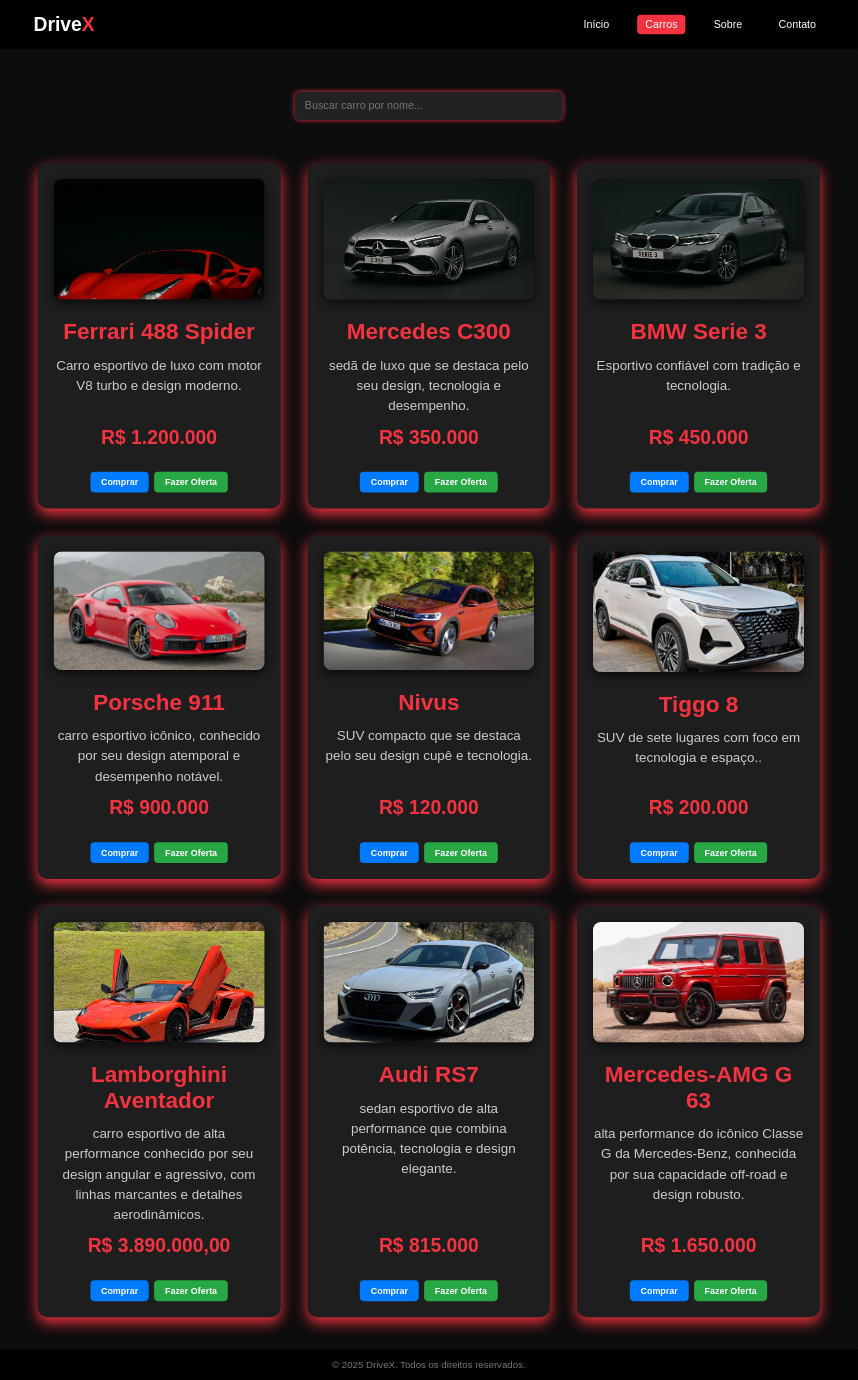
Repository: Mateushlp/DriveX
Page: carros.html
An editor plug-in stored every save of this project. The page is shown before and after a run of saves, followed by the edit.
The browser window is 1280 px wide. The pictures show the whole page, at 67% of full size.

Above is the page before, as saved 2025-06-24 22:26:10.

### carros.html
<!DOCTYPE html>
<html lang="pt-br">
<head>
  <meta charset="UTF-8" />
  <meta name="viewport" content="width=device-width, initial-scale=1.0" />
  <title>DriveX - Carros Disponíveis</title>
  <link rel="stylesheet" href="carros.css" />
</head>
<body>
  <header>
    <div class="logo">
     <a href="./index.html">Drive<span>X</span></div></a>
    <nav>
      <ul>
        <li><a href="index.html">Início</a></li>
        <li><a href="carros.html" class="active">Carros</a></li>
        <li><a href="sobre.html">Sobre</a></li>
        <li><a href="contato.html">Contato</a></li>
      </ul>
    </nav>
  </header>

  <main>
    <section class="filtro" style="text-align:center; margin: 2rem 0;">
      <input type="text" id="filtro-carros" placeholder="Buscar carro por nome..." />
    </section>

    <section class="grid-carro">
      <div class="card-carro">
        <img src="./img/ferrari.png" alt="Ferrari 488 Spider" />
        <h3>Ferrari 488 Spider</h3>
        <p>Carro esportivo de luxo com motor V8 turbo e design moderno.</p>
        <strong>R$ 1.200.000</strong>
        <div class="botoes-card">
  <button class="btn-encomenda" data-modelo="Ferrari 488 Spider">Comprar</button>
  <button class="btn-oferta" data-modelo="Ferrari 488 Spider">Fazer Oferta</button>
</div>
      </div>
      <div class="card-carro">
        <img src="./img/ChatGPT Image 19 de jun. de 2025, 23_14_08.png" alt="Mercedes C300" />
        <h3>Mercedes C300</h3>
        <p>sedã de luxo que se destaca pelo seu design, tecnologia e desempenho.</p>
        <strong>R$ 350.000</strong>
        <div class="botoes-card">
  <button class="btn-encomenda" data-modelo="Mercedes C300">Comprar</button>
  <button class="btn-oferta" data-modelo="Mercedes C300">Fazer Oferta</button>
</div>

      </div>
      <div class="card-carro">
        <img src="./img/serie 3.png" alt="BMW Serie 3" />
        <h3>BMW Serie 3</h3>
        <p>Esportivo confiável com tradição e tecnologia.</p>
        <strong>R$ 450.000</strong>
       <div class="botoes-card">
  <button class="btn-encomenda" data-modelo="BMW Serie 3">Comprar</button>
  <button class="btn-oferta" data-modelo="BMW Serie 3">Fazer Oferta</button>
</div>

      </div>
           <div class="card-carro">
        <img src="./img/Porsche-911.jpg" alt="911" />
        <h3>Porsche 911</h3>
        <p> carro esportivo icônico, conhecido por seu design atemporal e desempenho notável.</p>
        <strong>R$ 900.000</strong>
       <div class="botoes-card">
  <button class="btn-encomenda" data-modelo="911">Comprar</button>
  <button class="btn-oferta" data-modelo="911">Fazer Oferta</button>
</div>

      </div>
              <div class="card-carro">
        <img src="./img/nivus.jpg" alt="nivus" />
        <h3>Nivus</h3>
        <p> SUV compacto que se destaca pelo seu design cupê e tecnologia.</p>
        <strong>R$ 120.000</strong>
       <div class="botoes-card">
  <button class="btn-encomenda" data-modelo="nivus">Comprar</button>
  <button class="btn-oferta" data-modelo="nivus">Fazer Oferta</button>
</div>

      </div>
             <div class="card-carro">
        <img src="./img/tiggo8pro.jpg" alt="tiggo8" />
        <h3>Tiggo 8</h3>
        <p> SUV de sete lugares com foco em tecnologia e espaço..</p>
        <strong>R$ 200.000</strong>
       <div class="botoes-card">
  <button class="btn-encomenda" data-modelo="tiggo8">Comprar</button>
  <button class="btn-oferta" data-modelo="tiggo8">Fazer Oferta</button>
</div>

      </div>
                <div class="card-carro">
        <img src="./img/lamborghini.png" alt="aventador" />
        <h3>Lamborghini Aventador</h3>
        <p>carro esportivo de alta performance conhecido por seu design angular e agressivo, com linhas marcantes e detalhes aerodinâmicos.</p>
        <strong>R$ 3.890.000,00</strong>
       <div class="botoes-card">
  <button class="btn-encomenda" data-modelo="aventador">Comprar</button>
  <button class="btn-oferta" data-modelo="aventador">Fazer Oferta</button>
</div>

      </div>
       <div class="card-carro">
        <img src="./img/audirs7.png" alt="audirs7" />
        <h3>Audi RS7</h3>
        <p> sedan esportivo de alta performance que combina potência, tecnologia e design elegante.</p>
        <strong>R$ 815.000</strong>
        <div class="botoes-card">
  <button class="btn-encomenda" data-modelo="audirs7">Comprar</button>
  <button class="btn-oferta" data-modelo="audirs7">Fazer Oferta</button>
</div>
  </div>
 <div class="card-carro">
  <img src="./img/g63.png" alt="g63" />
  <h3>Mercedes-AMG G 63</h3>
  <p> alta performance do icônico Classe G da Mercedes-Benz, conhecida por sua capacidade off-road e design robusto.</p>
  <strong>R$ 1.650.000</strong>
  <div class="botoes-card">
    <button class="btn-encomenda" data-modelo="g63">Comprar</button>
    <button class="btn-oferta" data-modelo="g63">Fazer Oferta</button>
</div>

      <!-- Adicione mais carros aqui -->
    </section>

    <!-- Modal para detalhes -->
    <div id="modal-detalhes" class="modal">
      <div class="modal-content">
        <span id="fechar-modal" class="fechar"></span>
        <h2 id="titulo-modal"></h2>
        <img id="img-modal" src="" alt="" style="max-width:100%; border-radius: 10px; margin-bottom: 1rem;" />
        <p id="descricao-modal"></p>
        <strong id="preco-modal"></strong>
      </div>
    </div>
  </main>

  <footer>
    <p>&copy; 2025 DriveX. Todos os direitos reservados.</p>
  </footer>

  <script src="carros.js"></script>
</body>
</html>

### carros.css
* {
  margin: 0;
  padding: 0;
  box-sizing: border-box;
}

body {
  font-family: 'Arial', sans-serif;
  background-color: #0d0d0d;
  color: #fff;
  min-height: 100vh;
  flex-direction: column;
}

header {
  display: flex;
  justify-content: space-between;
  align-items: center;
  padding: 20px 50px;
  background-color: #000;
}

a{
  text-decoration: none;
  color: #fff;
}

.logo {
  font-size: 1.8rem;
  font-weight: bold;
}

.logo span {
  color: #f53340;
}

nav ul {
  list-style: none;
  display: flex;
  gap: 30px;
}

nav a {
  color: #fff;
  text-decoration: none;
  font-size: 1rem;
}


.logo {
  font-size: 1.8rem;
  font-weight: bold;
  color: #fff;
}

.logo span {
  color: #f53340;
}

nav ul {
  list-style: none;
  display: flex;
  gap: 30px;
}

nav a {
  color: #fff;
  text-decoration: none;
  font-size: 1rem;
  padding: 6px 12px;
  border-radius: 6px;
  transition: background-color 0.3s ease;
}

nav a:hover,
nav a.active {
  background-color: #f53340;
  color: #fff;
}

main {
  display: grid;
  grid-template-columns: 2fr;
    padding: 2rem;
    gap: 2rem;
  padding: 2rem 1rem 3rem;
  max-width: 1200px;
  margin: 0 auto;
}


.filtro {
  text-align: center;
  margin-bottom: 3rem;
}

.filtro input[type="text"] {
  width: 90%;
  max-width: 400px;
  padding: 12px 15px;
  font-size: 1rem;
  border-radius: 8px;
  border: none;
  outline: none;
  box-shadow: 0 0 8px #f53340;
  background-color: #222;
  color: #fff;
  transition: box-shadow 0.3s ease;
}

.filtro input[type="text"]:focus {
  box-shadow: 0 0 15px #f53340;
}

.grid-carro {
  display: grid;
  grid-template-columns: repeat(auto-fill, minmax(320px, 1fr));
  gap: 2.5rem;
}

.card-carro {
  background: #1e1e1e;
  padding: 1.5rem;
  border-radius: 15px;
  box-shadow: 0 8px 20px #f53340;
  transition: transform 0.3s ease, box-shadow 0.3s ease;
  display: flex;
  flex-direction: column;
  align-items: center;
  height: 100%;
}

.card-carro:hover {
  transform: translateY(-8px);
  box-shadow: 0 12px 35px #f53340;
}

.card-carro img {
  width: 100%;
  max-height: 180px;
  object-fit: cover;
  border-radius: 12px;
  margin-bottom: 1.2rem;
  box-shadow: 0 5px 15px rgba(0,0,0,0.7);
}

.card-carro h3 {
  font-size: 2.1rem;
  color: #f53340;
  margin-top: 0.6rem;
  text-align: center;
}

.card-carro p {
  font-size: 1.25rem;
  line-height: 1.5;
  color: #ccc;
  margin-top: 1rem;
  flex-grow: 1;
  text-align: center;
}

.card-carro strong {
  font-size: 1.8rem;
  color: #f53340;
  margin: 1rem 0 1.2rem 0;
  font-weight: 900;
}


.botoes-card {
  display: flex;
  gap: 0.5rem;
  margin-top: 1rem;
}

.botoes-card button {
  padding: 0.5rem 1rem;
  border: none;
  cursor: pointer;
  border-radius: 6px;
  font-weight: bold;
  transition: background 0.3s;
}

.btn-encomenda {
  background-color: #007bff;
  color: white;
}

.btn-encomenda:hover {
  background-color: #0056b3;
}

.btn-oferta {
  background-color: #28a745;
  color: white;
}

.btn-oferta:hover {
  background-color: #1e7e34;
}


.modal {
  display: none;
  position: fixed;
  z-index: 9999;
  left: 0;
  top: 0;
  width: 100%;
  height: 100%;
  background-color: rgba(18, 18, 18, 0.85);
  justify-content: center;
  align-items: center;
  overflow-y: auto;
  padding: 2rem 1rem;
}

.modal.show {
  display: flex;
}

.modal-content {
  background: #2a2a2a;
  padding: 2.5rem;
  border-radius: 20px;
  max-width: 600px;
  text-align: center;
  box-shadow: 0 10px 40px #f53340;
  color: #fff;
  position: relative;
}

.fechar {
  position: absolute;
  top: 20px;
  right: 25px;
  font-size: 2.6rem;
  cursor: pointer;
  color: #f53340;
  transition: color 0.3s ease;
}

.fechar:hover {
  color: #f53340;
}

/* Footer */
footer {
  background-color: #000;
  text-align: center;
  padding: 15px 0;
  color: #777;
  font-size: 0.9rem;
  margin-top: auto;
}

### carros.js
// Filtro de busca
const inputFiltro = document.getElementById('filtro-carros');
const cards = document.querySelectorAll('.card-carro');

inputFiltro.addEventListener('input', function () {
  const termo = this.value.toLowerCase();

  cards.forEach((card) => {
    const nomeCarro = card.querySelector('h3').textContent.toLowerCase();
    if (nomeCarro.includes(termo)) {
      card.style.display = 'block';
    } else {
      card.style.display = 'none';
    }
  });
});

// Modal de detalhes
const botoesDetalhes = document.querySelectorAll('.btn-detalhes');
const modal = document.getElementById('modal-detalhes');
const tituloModal = document.getElementById('titulo-modal');
const imgModal = document.getElementById('img-modal');
const descricaoModal = document.getElementById('descricao-modal');
const precoModal = document.getElementById('preco-modal');
const fecharModal = document.getElementById('fechar-modal');

botoesDetalhes.forEach((btn) => {
  btn.addEventListener('click', () => {
    const card = btn.closest('.card-carro');
    const nome = card.querySelector('h3').textContent;
    const imagem = card.querySelector('img').src;
    const descricao = card.querySelector('p').textContent;
    const preco = card.querySelector('strong').textContent;

    tituloModal.textContent = nome;
    imgModal.src = imagem;
    imgModal.alt = nome;
    descricaoModal.textContent = descricao;
    precoModal.textContent = preco;

    modal.style.display = 'flex';
  });
});

fecharModal.addEventListener('click', () => {
  modal.style.display = 'none';
});

window.addEventListener('click', (event) => {
  if (event.target === modal) {
    modal.style.display = 'none';
  }
});

After the next 2 saves:
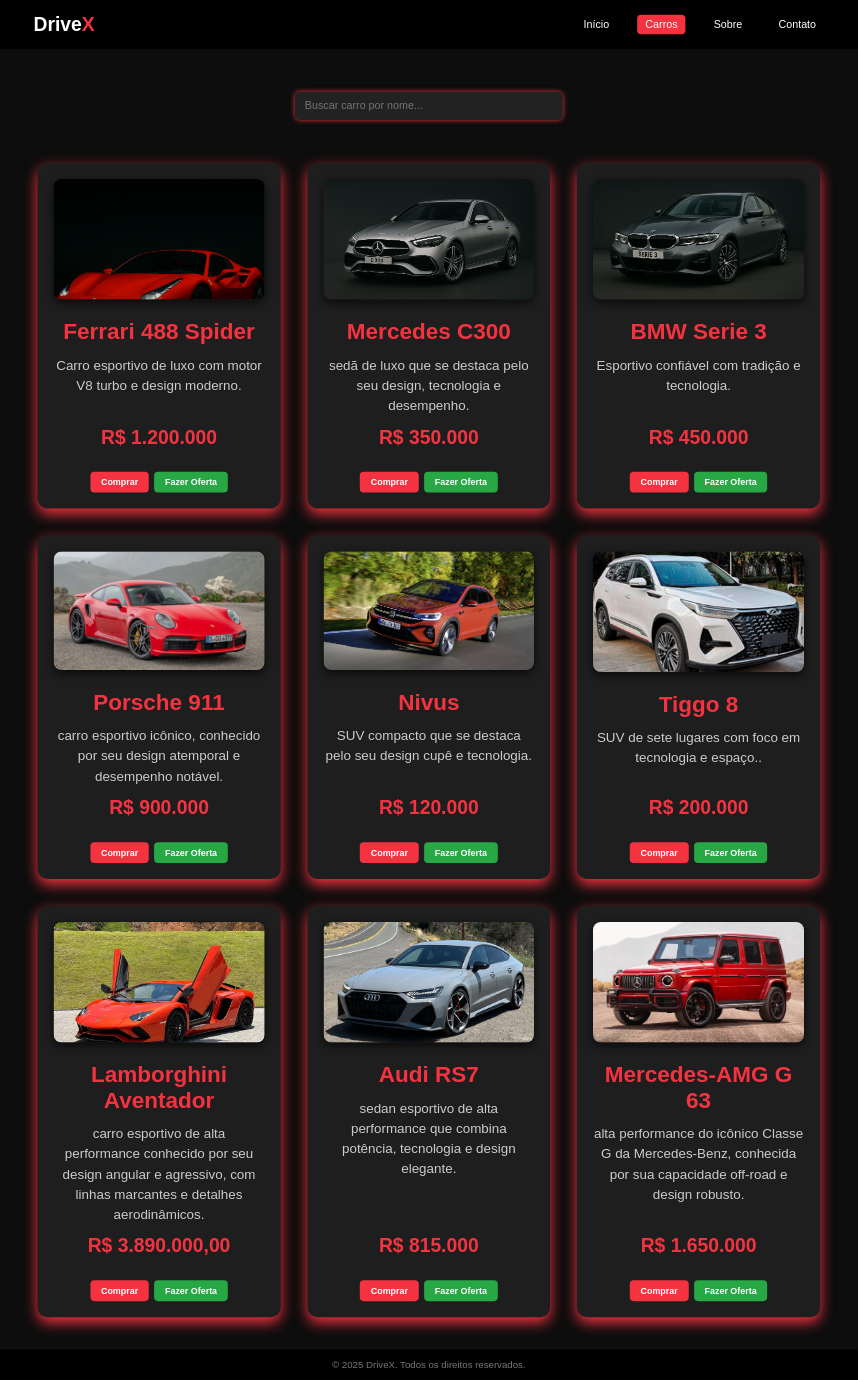
The 2 saves are shown as one change because they came seconds apart.
The last was saved 26 s later.
--- a/carros.css
+++ b/carros.css
@@ -184,12 +184,12 @@
 }
 
 .btn-encomenda {
-  background-color: #007bff;
+  background-color: #f53340;
   color: white;
 }
 
 .btn-encomenda:hover {
-  background-color: #0056b3;
+  background-color: #f53340;
 }
 
 .btn-oferta {
